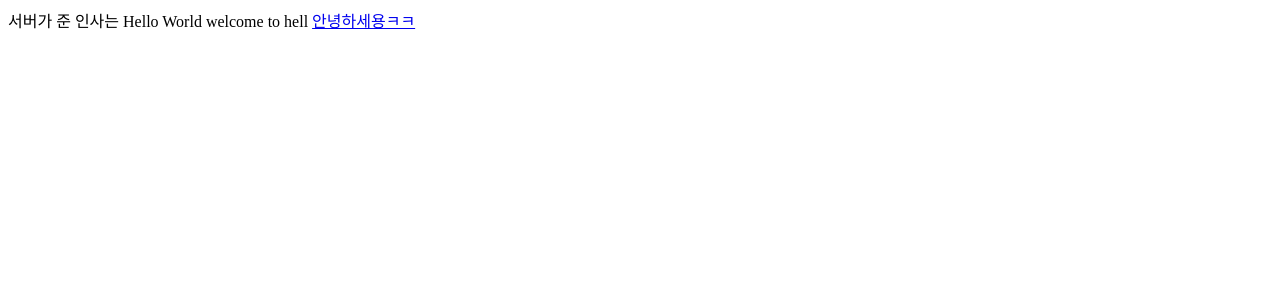
Repository: Seonhanbit/dev
Page: http://localhost/0920_Friday/hello.do
These files come from the project's save history. The page is drawn as it stood at one moment and after the next save; the edit follows.
The browser window is 1280 px wide. The pictures show the whole page.
The page is served by Tomcat 9. Other server files are loaded and not shown.

Above is the page before, as saved 2019-09-20 00:37:38.

### work_servlet_jsp/0920_Friday/WebContent/hello.jsp
<%@ page language="java" contentType="text/html; charset=UTF-8"
    pageEncoding="UTF-8"%>
    <%!String greeting;%>
    <% greeting = (String)request.getAttribute("greeting"); %>
<!DOCTYPE html>
<html>
<head>
<meta charset="UTF-8">
<title>Insert title here</title>
</head>
<body>
서버가 준 인사는 <%=greeting %>
	<a href = "hello.do">안녕하세용ㅋㅋ</a>
</body>
</html>

### work_servlet_jsp/0920_Friday/src/Hello.java


import java.io.IOException;
import javax.servlet.ServletException;
import javax.servlet.annotation.WebServlet;
import javax.servlet.http.HttpServlet;
import javax.servlet.http.HttpServletRequest;
import javax.servlet.http.HttpServletResponse;

/**
 * Servlet implementation class Hello
 */
@WebServlet("/hello.do")
public class Hello extends HttpServlet {
	private static final long serialVersionUID = 1L;

	protected void doGet(HttpServletRequest request, HttpServletResponse response) throws ServletException, IOException {
		doPost(request, response);
	}

	protected void doPost(HttpServletRequest request, HttpServletResponse response) throws ServletException, IOException {
		//1.한글처리
		request.setCharacterEncoding("UTF-8");
		response.setContentType("text/html; charset=utf-8");
		//2.파라미터 작업

		//3.업무처리

		//4.출력처리
		request.setAttribute("greeting", "Hello World welcome to hell");
		request.getRequestDispatcher("hello.jsp").forward(request, response);
	}

}

After the next save:
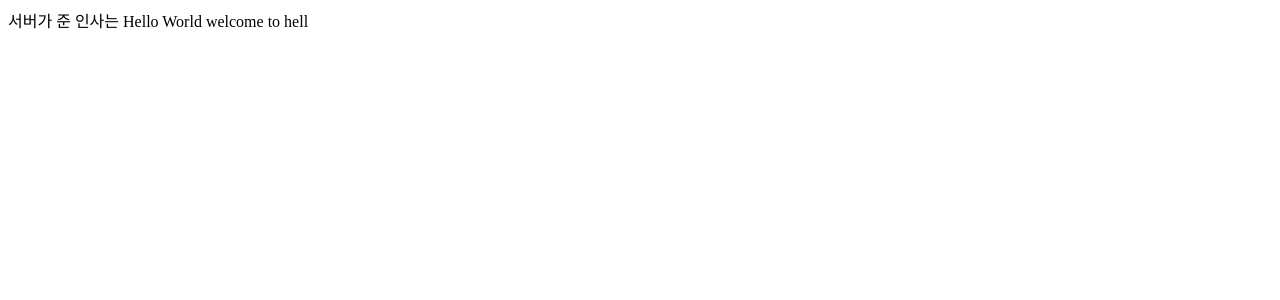
Saved 18 s later.
--- a/work_servlet_jsp/0920_Friday/WebContent/hello.jsp
+++ b/work_servlet_jsp/0920_Friday/WebContent/hello.jsp
@@ -10,6 +10,5 @@
 </head>
 <body>
 서버가 준 인사는 <%=greeting %>
-	<a href = "hello.do">안녕하세용ㅋㅋ</a>
 </body>
 </html>
